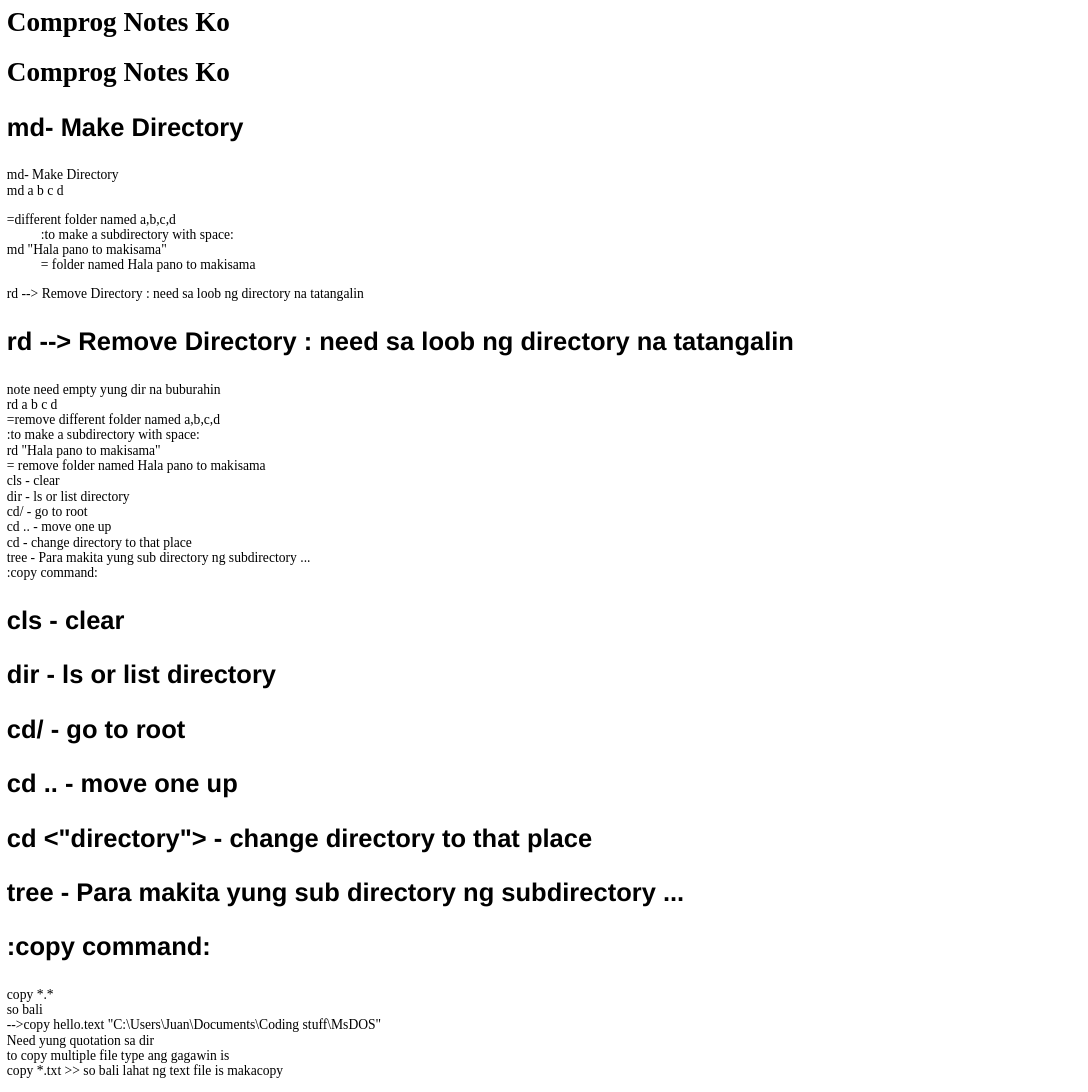
Repository: zwainer/Comprog
Page: index.html
The author's editor kept a copy of each file at every save. The page is drawn from the files as they stood at one save, then again after the next save.
The browser window is 1280 px wide. The pictures show the whole page, at 85% of full size.

Above is the page before, as saved 2023-05-05 22:16:20.

After the next save:
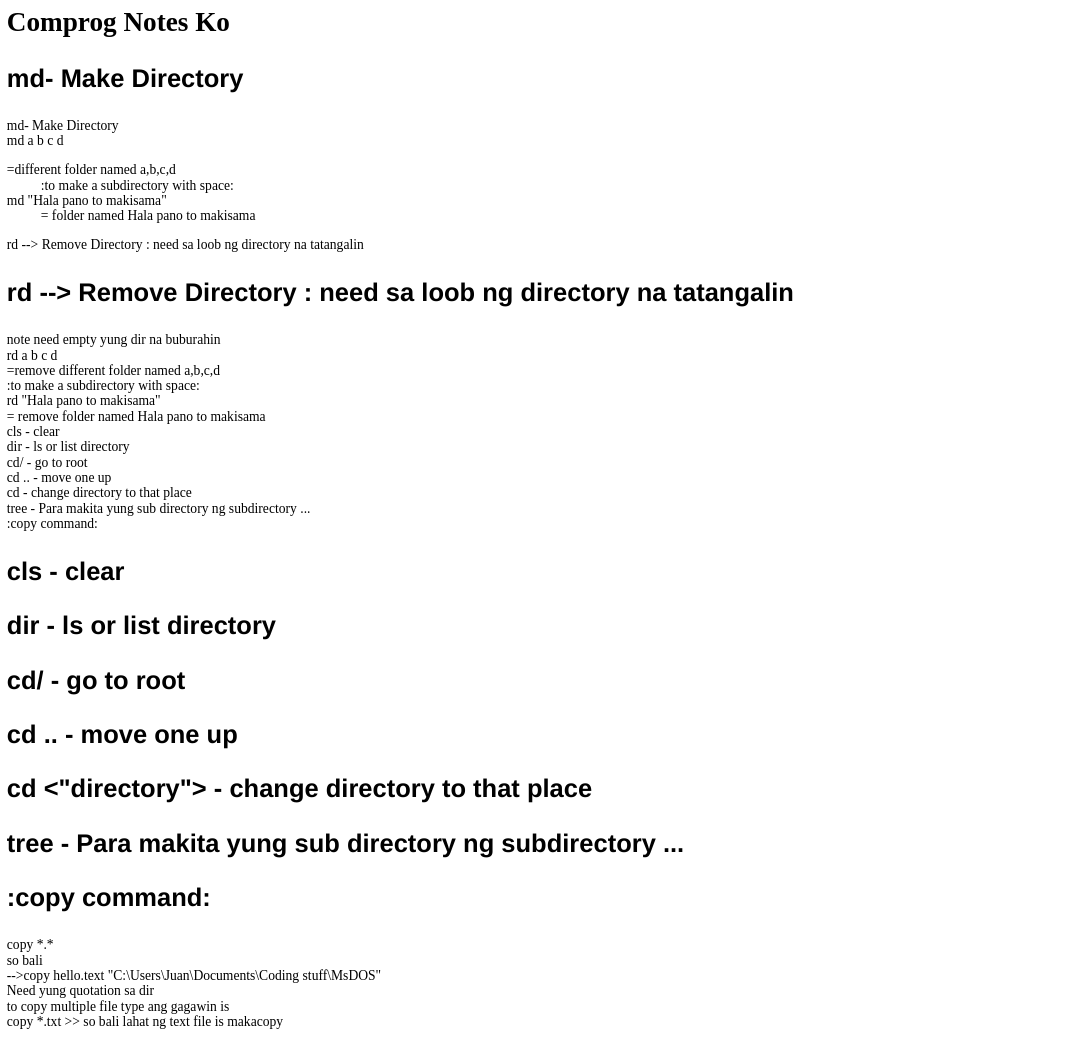
Saved 7 s later.
--- a/index.html
+++ b/index.html
@@ -1,6 +1,6 @@
 <html>
 
-	<h1>Comprog Notes Ko</h1>
+
 
 
 	<head>
